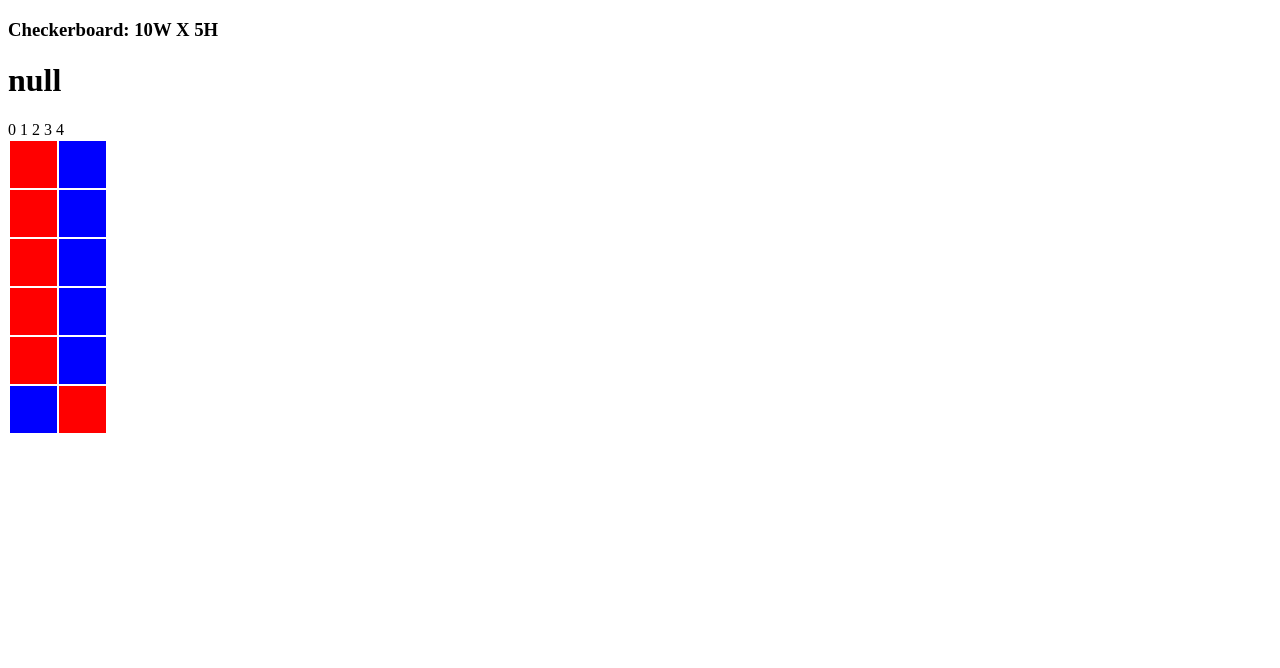
Repository: ben-mandakh/Java-Projects
Page: http://localhost/CheckerBoard/CheckerBoard.jsp
The author's editor kept a copy of each file at every save. The page is drawn from the files as they stood at one save, then again after the next save.
The browser window is 1280 px wide. The pictures show the whole page.
The page is served by Tomcat 9.

Above is the page before, as saved 2019-08-09 02:46:01.

After the next save:
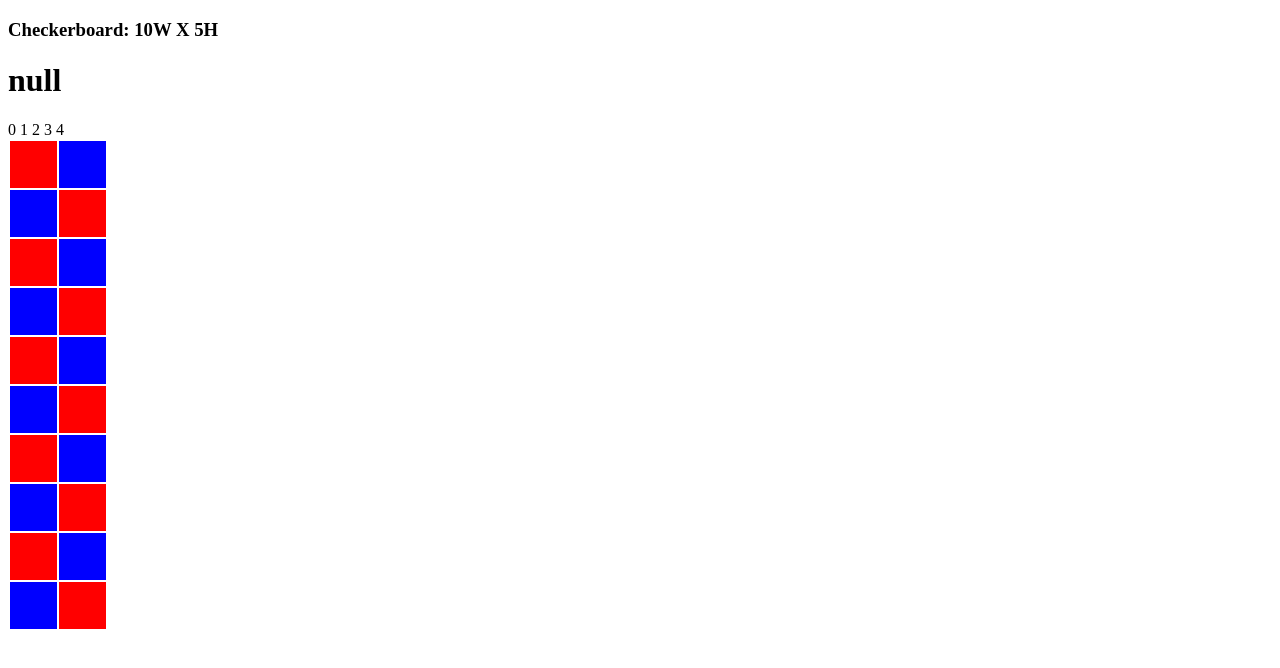
Saved 26 s later.
--- a/CheckerBoard/WebContent/CheckerBoard.jsp
+++ b/CheckerBoard/WebContent/CheckerBoard.jsp
@@ -24,13 +24,14 @@
 			<th style="width:45px; height:45px; background-color: blue"> </th>
 
 		</tr>
-		<% } %>
+
 		<tr>
 
 			<th style="width:45px; height:45px; background-color: blue"> </th>
 			<th style="width:45px; height:45px; background-color: red"> </th>
 
 		</tr>
+		<% } %>
 	</table>
 
 
